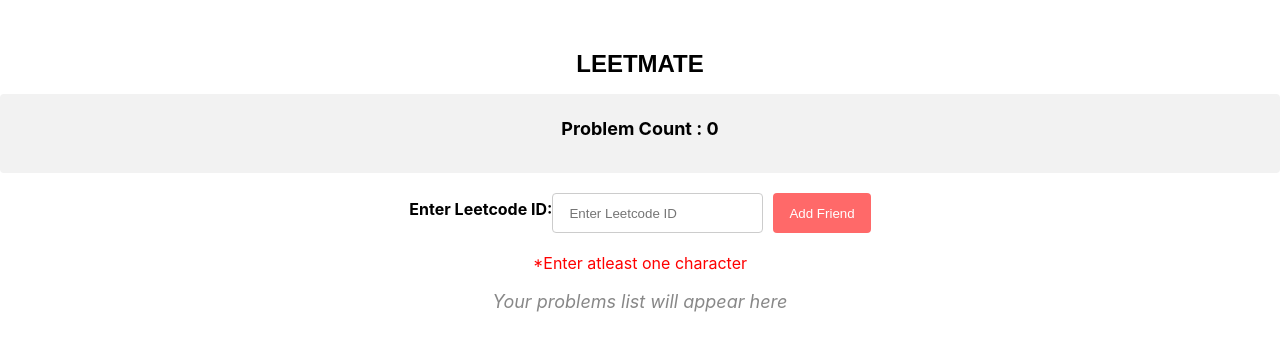
Repository: Sanketh149/leetcode-discord
Page: /
An editor plug-in stored every save of this project. The page is shown before and after the next save, followed by the edit.
The browser window is 1280 px wide. The pictures show the whole page.
The project was rebuilt for these pictures with package versions that can differ from the ones it lists, and the page was loaded fresh each time. Also part of the build but not shown: src/Modal.module.css, src/Modal.js, src/Cart.module.css, src/Cart.js.

Above is the page before, as saved 2023-06-21 18:30:12.

### public/index.html
<!DOCTYPE html>
<html lang="en">
  <head>
    <meta charset="utf-8" />
    <link rel="icon" href="%PUBLIC_URL%/favicon.ico" />
    <meta name="viewport" content="width=device-width, initial-scale=1" />
    <meta name="theme-color" content="#000000" />
    <meta
      name="description"
      content="Web site created using create-react-app"
    />
    <link rel="apple-touch-icon" href="%PUBLIC_URL%/logo192.png" />
    <!--
      manifest.json provides metadata used when your web app is installed on a
      user's mobile device or desktop. See https://developers.google.com/web/fundamentals/web-app-manifest/
    -->
    <link rel="manifest" href="%PUBLIC_URL%/manifest.json" />
    <!--
      Notice the use of %PUBLIC_URL% in the tags above.
      It will be replaced with the URL of the `public` folder during the build.
      Only files inside the `public` folder can be referenced from the HTML.

      Unlike "/favicon.ico" or "favicon.ico", "%PUBLIC_URL%/favicon.ico" will
      work correctly both with client-side routing and a non-root public URL.
      Learn how to configure a non-root public URL by running `npm run build`.
    -->
    <title>LeetMate</title>
  </head>
  <body>
    <noscript>You need to enable JavaScript to run this app.</noscript>
    <div id="root"></div>
    <div id="overlays"></div>
    <!--
      This HTML file is a template.
      If you open it directly in the browser, you will see an empty page.

      You can add webfonts, meta tags, or analytics to this file.
      The build step will place the bundled scripts into the <body> tag.

      To begin the development, run `npm start` or `yarn start`.
      To create a production bundle, use `npm run build` or `yarn build`.
    -->
  </body>
</html>

### src/App.js
import React, { useState } from "react";
import "./App.css";
import Cart from "./Cart";
const API_ENDPOINT = "/graphql";
const App = () => {
  const [username, setUsername] = useState("");
  const [user, setUser] = useState([]);
  const [leetId, setLeetId] = useState([]);
  const displayTitle = (item, titleSlug) => {
    const exisitingTitles = user.map((innerArray) => innerArray[0]);
    const exisitingSlugs = user.map((innerArray) => innerArray[1]);
    const uniqueTitles = [...new Set([...exisitingTitles, ...item])];
    const uniqueSlugs = [...new Set([...exisitingSlugs, ...titleSlug])];
    // const uniquePairs = uniqueTitles.map((name, index) => ({
    //   name,
    //   link: uniqueSlugs[index],
    // }));
    const uniquePairs = [];
    for (let i = 0; i < uniqueSlugs.length; i++) {
      const temp = [uniqueTitles[i], uniqueSlugs[i]];
      uniquePairs.push(temp);
    }
    setUser((prevState) => {
      return uniquePairs;
    });
  };

  const handleFormSubmit = async (event) => {
    event.preventDefault();

    const query = `
      {
        recentAcSubmissionList(username: "${username}") {
          id
          title
          titleSlug
        }
      }
    `;

    const url = `${API_ENDPOINT}?query=${encodeURIComponent(query)}`;

    fetch(url)
      .then((response) => response.json())
      .then((result) => {
        const titles = result.data.recentAcSubmissionList.map(
          (submission) => submission.title
        );
        const titleslugs = result.data.recentAcSubmissionList.map(
          (submission) => submission.titleSlug
        );
        displayTitle(titles, titleslugs);
        if (username.length >= 0 && !leetId.includes(username)) {
          setLeetId((prevState) => [...prevState, username]);
        }
        setUsername("");
      })
      .catch((error) => {
        setCartIsShown(true);
      });
  };

  const handleSubmit = (event) => {
    event.preventDefault();
    handleFormSubmit(event);
    // if (username.length >= 0 && !leetId.includes(username)) {
    //   setLeetId((prevState) => [...prevState, username]);
    // }
    // setUsername("");
  };
  const [cartIsShown, setCartIsShown] = useState(false);
  const showCartHandler = () => {
    setCartIsShown(true);
  };
  const hideCartHandler = () => {
    setCartIsShown(false);
    setUsername("");
  };
  const isSubmitDisabled = username.trim().length === 0;
  return (
    <div className="app">
      {cartIsShown && <Cart onClose={hideCartHandler} shownName={username} />}
      <h1 className="app__title">LEETMATE</h1>
      <div className="problemCountCard">
        {" "}
        <p className="problemCount">Problem Count : {user.length}</p>
      </div>
      <form onSubmit={handleSubmit} className="app__form">
        <label htmlFor="username" className="app__label">
          Enter Leetcode ID:
        </label>
        <input
          type="text"
          value={username}
          onChange={(event) => setUsername(event.target.value)}
          placeholder="Enter Leetcode ID"
          className="app__input"
        />
        <button
          type="submit"
          className={`${
            isSubmitDisabled === true ? "app__button_disabled" : "app__button"
          }`}
          disabled={isSubmitDisabled}
        >
          Add Friend
        </button>
      </form>
      {isSubmitDisabled === true && (
        <div style={{ display: "block" }} className="errorShow">
          {" "}
          *Enter atleast one character
        </div>
      )}
      {leetId.map((item) => (
        <a href={`https://leetcode.com/${item}`} target="_blank">
          <button className="displayNameButton">{item}</button>
        </a>
      ))}
      {user.length > 0 && (
        <div>
          <b>
            {" "}
            Provided below are the links to the problems solved by above users
          </b>
        </div>
      )}
      {user.length > 0 ? (
        <ul className="app__list">
          {user.map((item) => (
            <li className="app__item">
              <a
                href={`https://leetcode.com/problems/${item[1]}`}
                target="_blank"
              >
                {item[0]}
              </a>
            </li>
          ))}
        </ul>
      ) : (
        <p className="app__message">Your problems list will appear here</p>
      )}
    </div>
  );
};

export default App;

### src/App.css
.app {
  text-align: center;
  margin-top: 50px;
}

.app__title {
  font-family: Arial, Helvetica, sans-serif;
  font-size: 24px;
}

.app__form {
  display: flex;
  justify-content: center;
  margin-bottom: 20px;
  margin-top: 20px;
}

.app__input {
  padding: 8px 16px;
  margin-right: 10px;
  border-radius: 4px;
  border: 1px solid #ccc;
}

.app__button {
  padding: 8px 16px;
  border-radius: 4px;
  background-color: #007bff;
  color: #fff;
  border: none;
  cursor: pointer;
}

.app__button_disabled {
  padding: 8px 16px;
  border-radius: 4px;
  background-color: #ff6969;
  color: #fff;
  border: none;
  cursor: pointer;
}

.app__list {
  list-style: none;
  padding-left: 0;
  margin-bottom: 20px;
}

.app__item {
  font-size: 18px;
  margin-bottom: 10px;
}

.app__message {
  font-size: 18px;
  font-style: italic;
  color: #888;
}

.app__list a {
  color: #007bff; /* Set the color for regular links */
  text-decoration: none; /* Remove underline for links */
}

.app__list a:visited {
  color: #007bff; /* Set the color for visited links */
}

.errorShow {
  color: red;
}

.displayNameButton {
  background-color: #f2f2f2;
  border: 1px solid black;
  border-radius: 4px;
  padding: 8px 12px;
  font-size: 14px;
  cursor: pointer;
  margin: 1rem;
}
.displayNameButton:hover {
  background-color: #e0e0e0;
}
.problemCountCard {
  background-color: #f2f2f2;
  padding: 16px;
  margin-top: 16px;
  border-radius: 4px;
}
.problemCount {
  font-size: large;
  font-weight: bold;
  margin-top: 8px;
}
.app__label {
  display: block;
  margin-bottom: 8px;
  font-weight: bold;
  line-height: 2;
}

Loaded but not shown: src/index.js (common file); src/index.css (common file); src/reportWebVitals.js (common file)

After the next save:
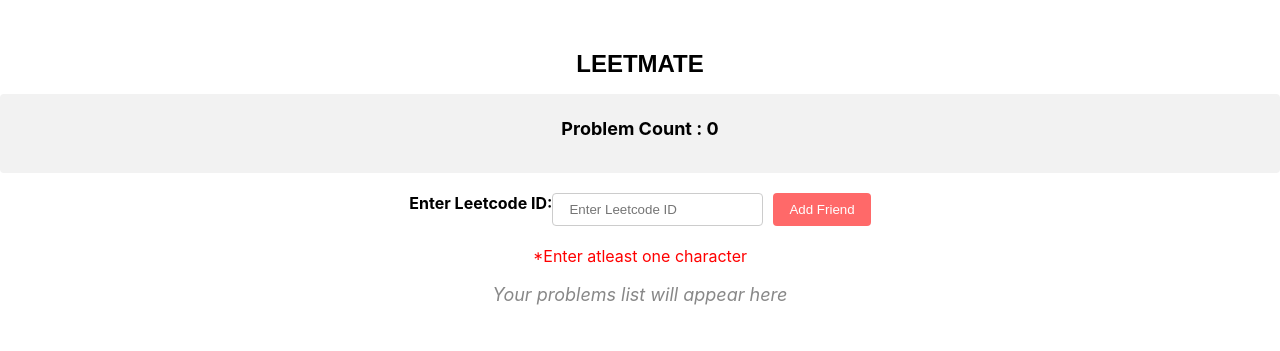
Saved 25 s later.
--- a/src/App.css
+++ b/src/App.css
@@ -97,5 +97,4 @@
   display: block;
   margin-bottom: 8px;
   font-weight: bold;
-  line-height: 2;
 }
